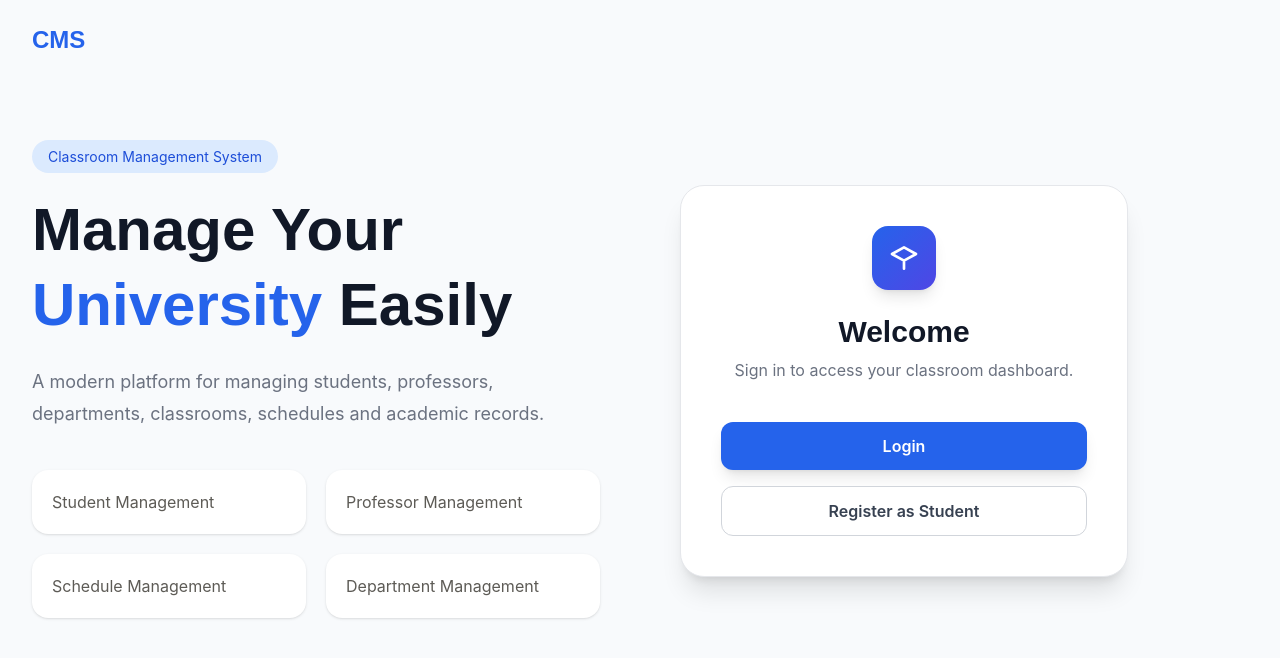
Repository: Chocovcandy/Classroom_Management_System
Page: http://localhost/Login_page
The author's editor kept a copy of each file at every save. The page is drawn from the files as they stood at one save, then again after the next save.
The browser window is 1280 px wide. The pictures show the whole page.
Some web libraries are served in a nearby version. The page is served by the project's Laravel application, run on PHP 8.4 with Laravel 12. Other server files are loaded and not shown.

Above is the page before, as saved 2026-08-11 11:19:34.

### routes/web.php
<?php

use App\Http\Controllers\ProfileController;
use App\Http\Controllers\RoleSelectController;
use Illuminate\Support\Facades\Route;
use App\Http\Controllers\Admin\DepartmentController;
use App\Http\Controllers\Admin\UserController;

//public routes
Route::get('/', function () {
    return view('welcome');
})->name('welcome');

Route::get('/Login_page', function () {
    return view('Login_page');
})->name('Login_page');


// Authentication routes (login, register, etc.) are provided by Breeze
Route::middleware(['auth'])->group(function () {

    // Role selection (after login)
    Route::get('/role/select', [RoleSelectController::class, 'show'])
        ->name('role.select');

    Route::post('/role/select', [RoleSelectController::class, 'store'])
        ->name('role.select.store');

    // Profile (any logged-in user)
    Route::controller(ProfileController::class)->group(function () {
        Route::get('/profile', 'edit')->name('profile.edit');
        Route::patch('/profile', 'update')->name('profile.update');
        Route::delete('/profile', 'destroy')->name('profile.destroy');
    });

    // Admin routes
    Route::prefix('admin')
        ->name('admin.')
        ->middleware(['role:Admin'])
        ->group(function () {

            Route::view('/dashboard', 'admin.dashboard')
                ->name('dashboard');

            Route::resource('users', UserController::class);
            Route::resource('departments', DepartmentController::class);
        });

 // Dean rputes
    Route::prefix('dean')
        ->name('dean.')
        ->middleware(['role:Dean'])
        ->group(function () {
            Route::view('/dashboard', 'dean.dashboard')
                ->name('dashboard');
        });

    //HoD routes
    Route::prefix('hod')
        ->name('hod.')
        ->middleware(['role:HoD'])
        ->group(function () {
            Route::view('/dashboard', 'hod.dashboard')
                ->name('dashboard');
        });

    // Professor routes
    Route::prefix('professor')
        ->name('professor.')
        ->middleware(['role:Professor'])
        ->group(function () {
            Route::view('/dashboard', 'professor.dashboard')
                ->name('dashboard');
        });

    // Student routes
    Route::prefix('student')
        ->name('student.')
        ->middleware(['role:Student'])
        ->group(function () {
            Route::view('/dashboard', 'student.dashboard')
                ->name('dashboard');
        });


});

require __DIR__.'/auth.php';

### resources/views/Login_page.blade.php
<!DOCTYPE html>
<html lang="en">

<head>
    <meta charset="UTF-8">
    <meta name="viewport" content="width=device-width, initial-scale=1.0">
    <!--=============== BOXICONS ===============-->
    <link rel="stylesheet" href="https://cdn.jsdelivr.net/npm/boxicons@latest/css/boxicons.min.css">

    <!--=============== CSS ===============-->
    <link rel="stylesheet" href="/assets/css/style.css">

    <title>Classroom Management System</title>

    <!-- Tailwind CDN (quick setup) -->
    <script src="https://cdn.tailwindcss.com"></script>
</head>
<body>
            <div class="min-h-screen bg-slate-50">

                <!-- Navigation -->
                <nav class="max-w-7xl mx-auto flex items-center justify-between py-6 px-8">

                    <h1 class="text-2xl font-bold text-blue-600">
                        CMS
                    </h1>

                </nav>


                <div class="max-w-7xl mx-auto px-8 py-16 grid lg:grid-cols-2 gap-20 items-center">

                    <!-- Left -->

                    <div>


                        <span class="bg-blue-100 text-blue-700 px-4 py-2 rounded-full text-sm">
                            Classroom Management System
                        </span>

                        <h1 class="text-6xl font-extrabold mt-6 leading-tight text-gray-900">
                            Manage Your
                            <span class="text-blue-600">
                                University
                            </span>
                            Easily
                        </h1>

                        <p class="mt-6 text-lg text-gray-500 leading-8">

                            A modern platform for managing students,
                            professors, departments, classrooms,
                            schedules and academic records.

                        </p>

                        <div class="grid grid-cols-2 gap-5 mt-10">

                            <div class="bg-white rounded-2xl p-5 shadow">
                                Student Management
                            </div>

                            <div class="bg-white rounded-2xl p-5 shadow">
                                Professor Management
                            </div>

                            <div class="bg-white rounded-2xl p-5 shadow">
                                Schedule Management
                            </div>

                            <div class="bg-white rounded-2xl p-5 shadow">
                                Department Management
                            </div>

                        </div>

                    </div>


                    <!-- Right -->

                    <div class="w-full max-w-md bg-white rounded-3xl border border-gray-200 shadow-xl p-10">

                        <!-- Header -->
                        <div class="text-center">

                            <div
                                class="mx-auto flex h-16 w-16 items-center justify-center rounded-2xl bg-gradient-to-br from-blue-600 to-indigo-600 shadow-lg">
                                <svg xmlns="http://www.w3.org/2000/svg" class="h-8 w-8 text-white" fill="none"
                                    viewBox="0 0 24 24" stroke="currentColor">

                                    <path stroke-linecap="round" stroke-linejoin="round" stroke-width="2"
                                        d="M12 14l9-5-9-5-9 5 9 5zm0 0v6m0-6L3 9m9 5l9-5" />

                                </svg>
                            </div>

                            <h2 class="mt-6 text-3xl font-bold text-gray-900">
                                Welcome
                            </h2>

                            <p class="mt-2 text-gray-500">
                                Sign in to access your classroom dashboard.
                            </p>

                        </div>

                        @guest

                            <div class="mt-10 space-y-4">

                                <a href="{{ route('login') }}"
                                    class="flex items-center justify-center rounded-xl bg-blue-600 py-3 font-semibold text-white shadow-lg hover:bg-blue-700 hover:shadow-xl transition duration-300">

                                    Login

                                </a>

                                @if (Route::has('register'))

                                    <a href="{{ route('register') }}"
                                        class="flex items-center justify-center rounded-xl border border-gray-300 bg-white py-3 font-semibold text-gray-700 hover:bg-gray-50 transition duration-300">

                                        Register as Student

                                    </a>

                                @endif

                            </div>

                        @endguest


                        @auth

                            @php
                                $role = auth()->user()->roles->first()->role_name ?? 'User';
                            @endphp

                            <div class="mt-8">

                                <!-- User Card -->
                                <div class="rounded-2xl bg-slate-50 border border-slate-200 p-5 text-center">

                                    <div
                                        class="mx-auto flex h-14 w-14 items-center justify-center rounded-full bg-blue-100 text-blue-700 font-bold text-xl">

                                        {{ strtoupper(substr(auth()->user()->name, 0, 1)) }}

                                    </div>

                                    <h3 class="mt-4 text-xl font-semibold text-gray-900">
                                        {{ auth()->user()->name }}
                                    </h3>

                                    <span
                                        class="inline-flex mt-2 rounded-full bg-blue-100 px-3 py-1 text-sm font-medium text-blue-700">

                                        {{ $role }}

                                    </span>

                                </div>

                                <!-- Dashboard Button -->

                                @if ($role === 'Admin')
                                <a href="{{ route('admin.dashboard') }}" @elseif ($role === 'Dean')
                                href="{{ route('dean.dashboard') }}" @elseif ($role === 'HoD')
                                    href="{{ route('hod.dashboard') }}" @elseif ($role === 'Professor')
                                    href="{{ route('professor.dashboard') }}" @elseif ($role === 'Student')
                                    href="{{ route('student.dashboard') }}" @endif
                                    class="mt-6 flex justify-center rounded-xl bg-emerald-600 py-3 font-semibold text-white shadow-lg hover:bg-emerald-700 transition">

                                    Go to Dashboard

                                </a>

                                <form method="POST" action="{{ route('logout') }}" class="mt-4">
                                    @csrf

                                    <button type="submit"
                                        class="w-full rounded-xl border border-red-300 py-3 font-medium text-red-600 hover:bg-red-50 transition">

                                        Logout

                                    </button>

                                </form>

                            </div>

                        @endauth

                    </div>
                </div>



            </div>

    </div>


</body>

</html>

Loaded but not shown: routes/auth.php (common file); app/Http/Controllers/Auth/EmailVerificationPromptController.php (common file); app/Http/Controllers/Controller.php (common file); app/Http/Controllers/Auth/VerifyEmailController.php (common file); resources/views/components/icons/form.blade.php (142 lines, source omitted); public/assets/css/style.css (946 lines, source omitted)

After the next save:
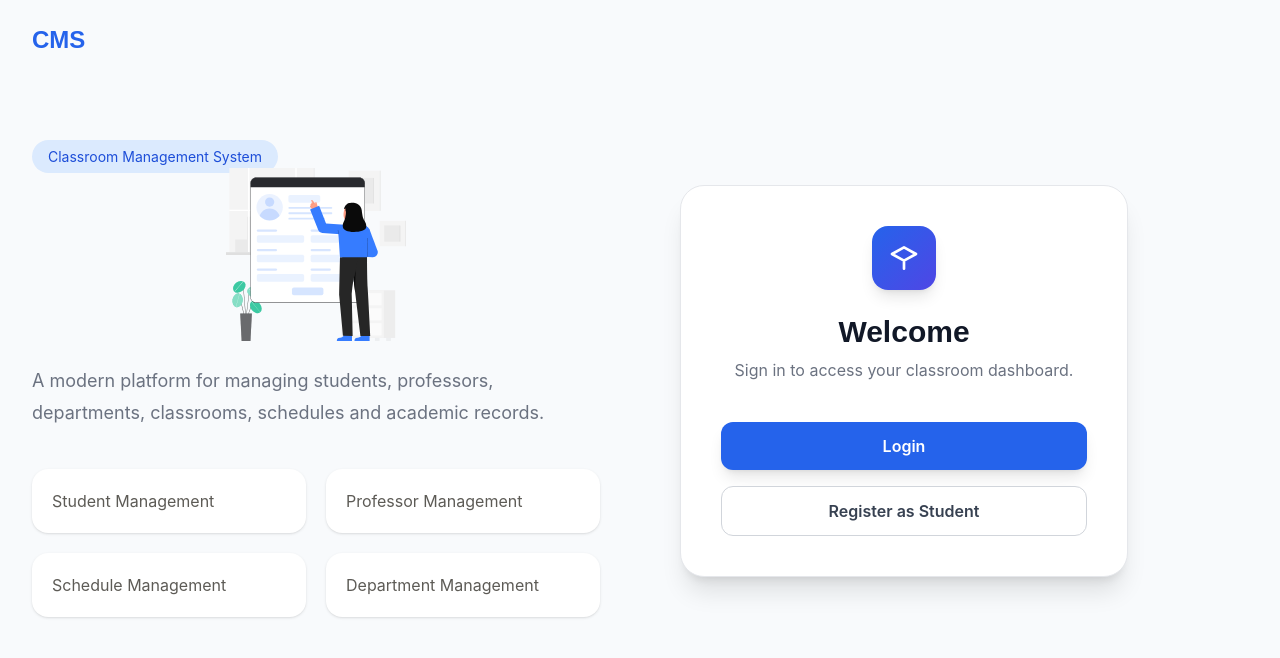
Saved 13 s later.
--- a/resources/views/Login_page.blade.php
+++ b/resources/views/Login_page.blade.php
@@ -39,13 +39,9 @@
                             Classroom Management System
                         </span>
 
-                        <h1 class="text-6xl font-extrabold mt-6 leading-tight text-gray-900">
-                            Manage Your
-                            <span class="text-blue-600">
-                                University
-                            </span>
-                            Easily
-                        </h1>
+                        <div class="img_svg8">
+                            <x-icons.form />
+                        </div>
 
                         <p class="mt-6 text-lg text-gray-500 leading-8">
 
